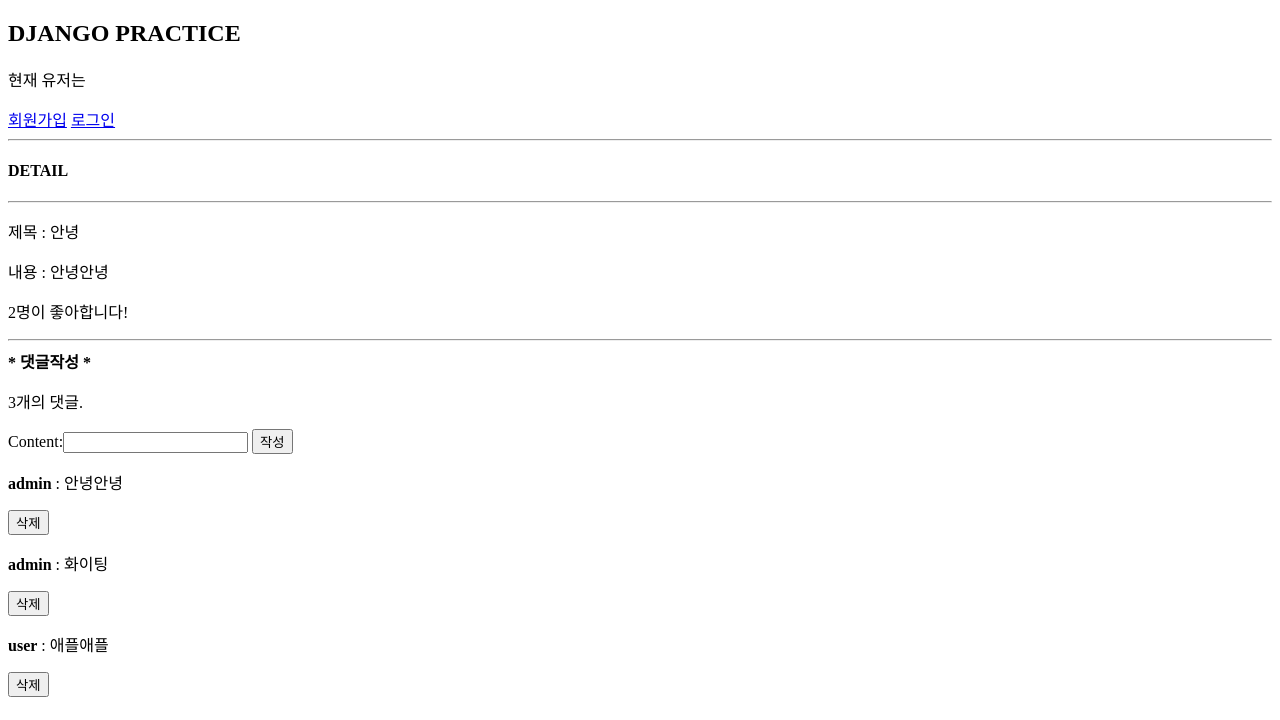
Repository: chelseashin/django_practice
Page: http://localhost/posts/6/
The author's editor kept a record of every edit. The page is drawn from the files as they stood at one moment, then again after the next edit.
The browser window is 1280 px wide. The pictures show the whole page.
The page is served by the project's application, run on Django 2.2 (PRACTICE2/manage.py). Other server files are loaded and not shown. The page reads the database file committed with the project.

Above is the page before.

### PRACTICE2/posts/views.py
from django.shortcuts import render, redirect, get_object_or_404
from django.views.decorators.http import require_POST
from django.contrib.auth.decorators import login_required
from .models import Post, Comment
from .forms import PostForm, CommentForm

# Create your views here.
def list(request):
    posts = Post.objects.order_by('-pk')
    context = {
        'posts' : posts,
    }
    return render(request, 'posts/list.html', context)

@require_POST
def create(request):
    if request.method == "POST":
        form = PostForm(request.POST)
        if form.is_valid():
            form = form.save(commit=False)
            form.user_id = request.user.id
            form.save()
            return redirect('posts:list')
    else:
        form = PostForm()
    context = {
        'form' : form,
    }
    return render(request, 'posts/forms.html', context)

def detail(request, post_pk):
    post = get_object_or_404(Post, pk=post_pk)
    comment_form = CommentForm()
    context = {
        'post': post,
        'comment_form' : comment_form,
    }
    return render(request, 'posts/detail.html', context)

@login_required
@require_POST
def delete(request, post_pk):
    post = get_object_or_404(Post, pk=post_pk)
    # 포스트 유저만 삭제 가능
    # if post.user != request.user:
    #     return redirect('posts:list')
    if post.user == request.user:
        post.delete()
    return redirect('posts:list')

@login_required
def update(request, post_pk):
    post = get_object_or_404(Post, pk=post_pk)

    # 포스트 유저만 수정 가능
    if post.user != request.user:
        return redirect('posts:list')

    if request.method == "POST":
        post_form = PostForm(request.POST, instance=post)
        if post_form.is_valid():
            post = post_form.save(commit=False)
            post.user = request.user
            post.save()
            return redirect('posts:detail', post.pk)
    else:
        post_form = PostForm(instance=post)
    context = {
        'form' : post_form,
    }
    return render(request, 'posts/forms.html', context)

@login_required
def like(request, post_pk):
    post = get_object_or_404(Post, pk=post_pk)
    user = request.user

    if user in post.like_users.all():
        post.like_users.remove(user)
    else:
        post.like_users.add(user)
    return redirect('posts:list')

@login_required
def comment_create(request, post_pk):
    post = get_object_or_404(Post, pk=post_pk)
    if request.method == "POST":
        comment_form = CommentForm(request.POST)
        if comment_form.is_valid():
            comment = comment_form.save(commit=False)
            comment.user = request.user
            comment.post_id = post_pk
            comment.save()
            return redirect('posts:detail', post.pk)
    else:
        comment_form = CommentForm()
    context = {
        'comment_form' : comment_form,
    }
    return redirect('posts:detail', post_pk)

@login_required
@require_POST
def comment_delete(request, post_pk, comment_pk):
    comment = get_object_or_404(Comment, pk=comment_pk)
    comment.delete()
    return redirect('posts:detail', post_pk)

### PRACTICE2/posts/templates/posts/detail.html
{% extends 'posts/base.html' %}

{% block content %}
<h4>DETAIL</h4>
<hr>
<p>제목 : {{ post.title }}</p>
<p>내용 : {{ post.content }}</p>
<p>{{ post.like_users.count }}명이 좋아합니다!</p>

{% if request.user == post.user %}
                <a href="{% url 'posts:update' post.pk %}" class="btn btn-warning">수정</a>
                <form action="{% url 'posts:delete' post.pk %}" method="post" style="display: inline;">
                    {% csrf_token %}
                    <input type="submit" value="삭제" class="btn btn-danger">
                </form>
            {% endif %}



{% if request.user == post.user %}
    <a href="{% url 'posts:update' post.pk %}">[수정]</a>
    <form action="{% url 'posts:delete' post.pk %}" method="POST" style="display: inline;">
        {% csrf_token %}
        <input type="submit" value="삭제!">
    </form>
{% endif %}
<hr>
<b>* 댓글작성 *</b>
<p>{{ post.comment_set.count }}개의 댓글.</p>
<form action="{% url 'posts:comment_create' post.pk %}" method="POST">
    {% csrf_token %}
    {{ comment_form }}
    <input type="submit" value="작성">
</form>
{% for comment in post.comment_set.all %}
    <p><b>{{ comment.user }}</b> : {{ comment.content }}</p>
    <form action="{% url 'posts:comment_delete' post.pk comment.pk %}" method="POST" style="display: inline;">
        {% csrf_token %}
        <input type="submit" value="삭제">
    </form>
{% endfor %}
{% endblock %}

### PRACTICE2/posts/templates/posts/base.html
<!DOCTYPE html>
<html lang="en">
<head>
    <meta charset="UTF-8">
    <meta name="viewport" content="width=device-width, initial-scale=1.0">
    <meta http-equiv="X-UA-Compatible" content="ie=edge">
    <title>Document</title>
</head>
<body>
    <h2>DJANGO PRACTICE</h2>
    <p>현재 유저는 {{ user.username }}</p>
    {% if user.is_authenticated %}
        <a href="{% url 'accounts:logout' %}">로그아웃</a>
    {% else %}
        <a href="{% url 'accounts:signup' %}">회원가입</a>
        <a href="{% url 'accounts:login' %}">로그인</a>
    {% endif %}
    <hr>
    {% block content %}
    {% endblock %}
</body>
</html>

### PRACTICE2/posts/forms.py
from django import forms
from .models import Post, Comment

class PostForm(forms.ModelForm):
    class Meta:
        model = Post
        fields = ('title', 'content', )

class CommentForm(forms.ModelForm):
    class Meta:
        model = Comment
        fields = ('content', )

### PRACTICE2/posts/models.py
from django.db import models
from django.conf import settings

# Create your models here.
class Post(models.Model):
    title = models.CharField(max_length=20)
    content = models.CharField(max_length=140)
    user = models.ForeignKey(settings.AUTH_USER_MODEL, on_delete=models.CASCADE)
    like_users = models.ManyToManyField(settings.AUTH_USER_MODEL, related_name="like_posts", blank=True)

    def __str__(self):
        return self.title

class Comment(models.Model):
    content = models.CharField(max_length=100)
    user = models.ForeignKey(settings.AUTH_USER_MODEL, on_delete=models.CASCADE)
    post = models.ForeignKey(Post, on_delete=models.CASCADE)

    def __str__(self):
        return self.content

### PRACTICE2/mypractice/urls.py
"""mypractice URL Configuration

The `urlpatterns` list routes URLs to views. For more information please see:
    https://docs.djangoproject.com/en/2.1/topics/http/urls/
Examples:
Function views
    1. Add an import:  from my_app import views
    2. Add a URL to urlpatterns:  path('', views.home, name='home')
Class-based views
    1. Add an import:  from other_app.views import Home
    2. Add a URL to urlpatterns:  path('', Home.as_view(), name='home')
Including another URLconf
    1. Import the include() function: from django.urls import include, path
    2. Add a URL to urlpatterns:  path('blog/', include('blog.urls'))
"""
from django.contrib import admin
from django.urls import path, include

urlpatterns = [
    path('posts/', include('posts.urls')),
    path('accounts/', include('accounts.urls')),
    path('admin/', admin.site.urls),
]

### PRACTICE2/posts/urls.py
from django.urls import path
from . import views

app_name = "posts"

urlpatterns = [
    path('<int:post_pk>/comments/<int:comment_pk>/delete/', views.comment_delete, name="comment_delete"),
    path('<int:post_pk>/comments/', views.comment_create, name="comment_create"),
    path('<int:post_pk>/like/', views.like, name="like"),
    path('<int:post_pk>/edit/', views.update, name="update"),
    path('<int:post_pk>/delete/', views.delete, name="delete"),
    path('<int:post_pk>/', views.detail, name="detail"),
    path('create/', views.create, name="create"),
    path('', views.list, name="list"),
    ]

### PRACTICE2/accounts/urls.py
from django.urls import path
from . import views

app_name = "accounts"

urlpatterns =[
    path('logout/', views.logout, name="logout"),
    path('login/', views.login, name="login"),
    path('signup/', views.signup, name="signup"),
    ]

### PRACTICE2/db.sqlite3 (the tables this page reads, as SQL)
CREATE TABLE "auth_user" ("id" integer NOT NULL PRIMARY KEY AUTOINCREMENT, "password" varchar(128) NOT NULL, "last_login" datetime NULL, "is_superuser" bool NOT NULL, "username" varchar(150) NOT NULL UNIQUE, "first_name" varchar(30) NOT NULL, "email" varchar(254) NOT NULL, "is_staff" bool NOT NULL, "is_active" bool NOT NULL, "date_joined" datetime NOT NULL, "last_name" varchar(150) NOT NULL);
INSERT INTO "auth_user" VALUES
(1, 'pbkdf2_sha256$120000$rXXFrRL12rUY$43VIr+/avYeRrEZ76haW9GmqFnKx9Hh/Nj3KAQXkFQY=', '2019-04-26 09:18:19.736657', 1, 'admin', '', '', 1, 1, '2019-04-25 23:59:52.014714', ''),
(2, 'pbkdf2_sha256$120000$boMSwVIPDD6R$6EB3OQTnlybBsQXIRo/0iBWW9H/J6kTAjFwCIEf51nQ=', '2019-04-26 10:24:19.596492', 0, 'user', '', '', 0, 1, '2019-04-26 00:01:51.118570', ''),
(3, 'pbkdf2_sha256$120000$moazEZhQsyID$EaTmv06TJ0LpoOxSOyIePJgs+C/kqlPQvzTi8QxNxw4=', NULL, 0, 'user1', '', '', 0, 1, '2019-04-26 00:03:26.277445', ''),
(4, 'pbkdf2_sha256$120000$DCjp08Ud2arH$pllX/hgX+YasNAHTbcXQ/plbdr8eJrGktIM8Z8cUuuc=', NULL, 0, 'hello', '', '', 0, 1, '2019-04-26 00:05:14.697728', ''),
(5, 'pbkdf2_sha256$120000$EuzdwrOm9T9s$GNtNyAM40JghnafGVHT9ooVw/LuhRtM5fduxtxbjMnM=', '2019-04-26 00:11:36.312926', 0, 'django', '', '', 0, 1, '2019-04-26 00:06:59.596042', '');

CREATE TABLE "posts_comment" ("id" integer NOT NULL PRIMARY KEY AUTOINCREMENT, "content" varchar(100) NOT NULL, "post_id" integer NOT NULL REFERENCES "posts_post" ("id") DEFERRABLE INITIALLY DEFERRED, "user_id" integer NOT NULL REFERENCES "auth_user" ("id") DEFERRABLE INITIALLY DEFERRED);
INSERT INTO "posts_comment" VALUES
(1, '안녕안녕', 6, 1),
(2, '화이팅', 6, 1),
(7, '애플애플', 6, 2);

CREATE TABLE "posts_post" ("id" integer NOT NULL PRIMARY KEY AUTOINCREMENT, "title" varchar(20) NOT NULL, "content" varchar(140) NOT NULL, "user_id" integer NOT NULL REFERENCES "auth_user" ("id") DEFERRABLE INITIALLY DEFERRED);
INSERT INTO "posts_post" VALUES
(1, 'hello', 'django', 1),
(5, '커피', '아메리카노', 1),
(6, '안녕', '안녕안녕', 1);

CREATE TABLE "posts_post_like_users" ("id" integer NOT NULL PRIMARY KEY AUTOINCREMENT, "post_id" integer NOT NULL REFERENCES "posts_post" ("id") DEFERRABLE INITIALLY DEFERRED, "user_id" integer NOT NULL REFERENCES "auth_user" ("id") DEFERRABLE INITIALLY DEFERRED);
INSERT INTO "posts_post_like_users" VALUES
(2, 5, 1),
(3, 1, 1),
(4, 6, 1),
(5, 6, 2),
(6, 1, 2),
(7, 5, 2);

After the next edit:
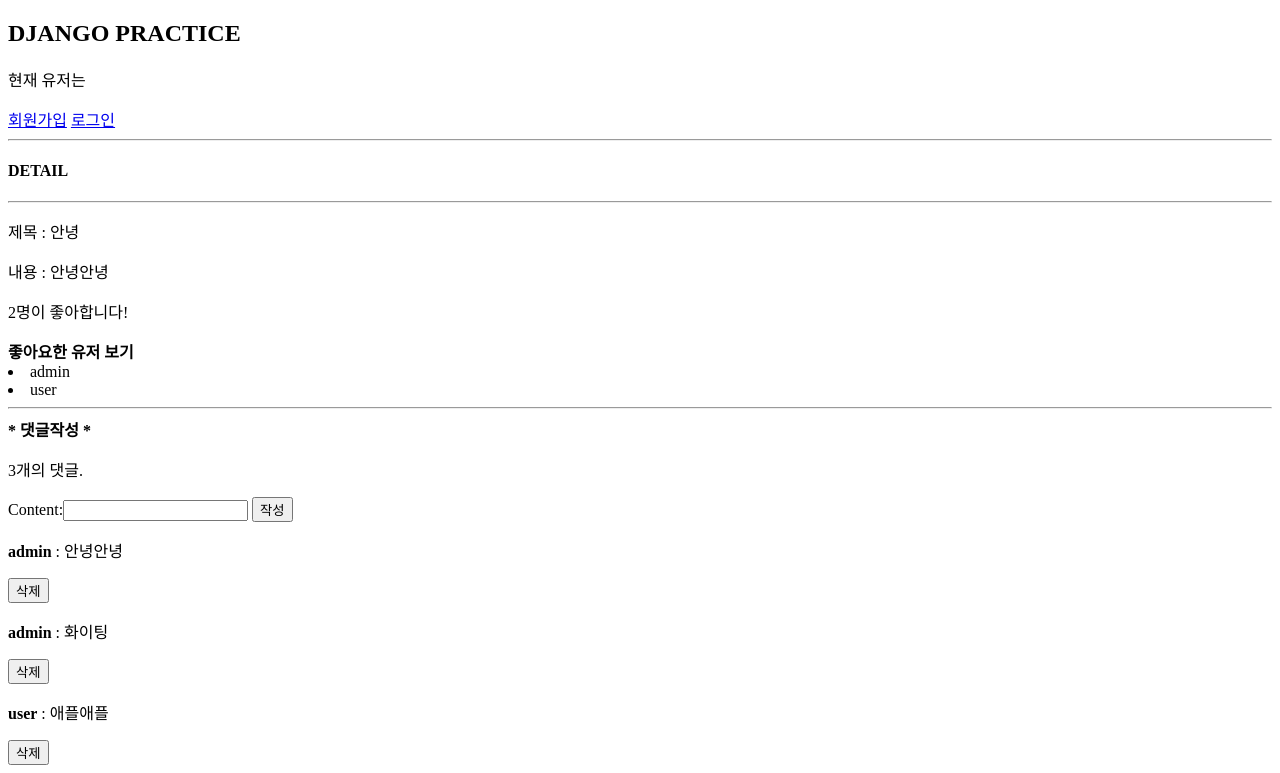
The edit:
--- a/PRACTICE2/posts/templates/posts/detail.html
+++ b/PRACTICE2/posts/templates/posts/detail.html
@@ -6,16 +6,10 @@
 <p>제목 : {{ post.title }}</p>
 <p>내용 : {{ post.content }}</p>
 <p>{{ post.like_users.count }}명이 좋아합니다!</p>
-
-{% if request.user == post.user %}
-                <a href="{% url 'posts:update' post.pk %}" class="btn btn-warning">수정</a>
-                <form action="{% url 'posts:delete' post.pk %}" method="post" style="display: inline;">
-                    {% csrf_token %}
-                    <input type="submit" value="삭제" class="btn btn-danger">
-                </form>
-            {% endif %}
-
-
+<b>좋아요한 유저 보기</b>
+{% for user in post.like_users.all %}
+    <li>{{ user }}</li>
+{% endfor %}
 
 {% if request.user == post.user %}
     <a href="{% url 'posts:update' post.pk %}">[수정]</a>
